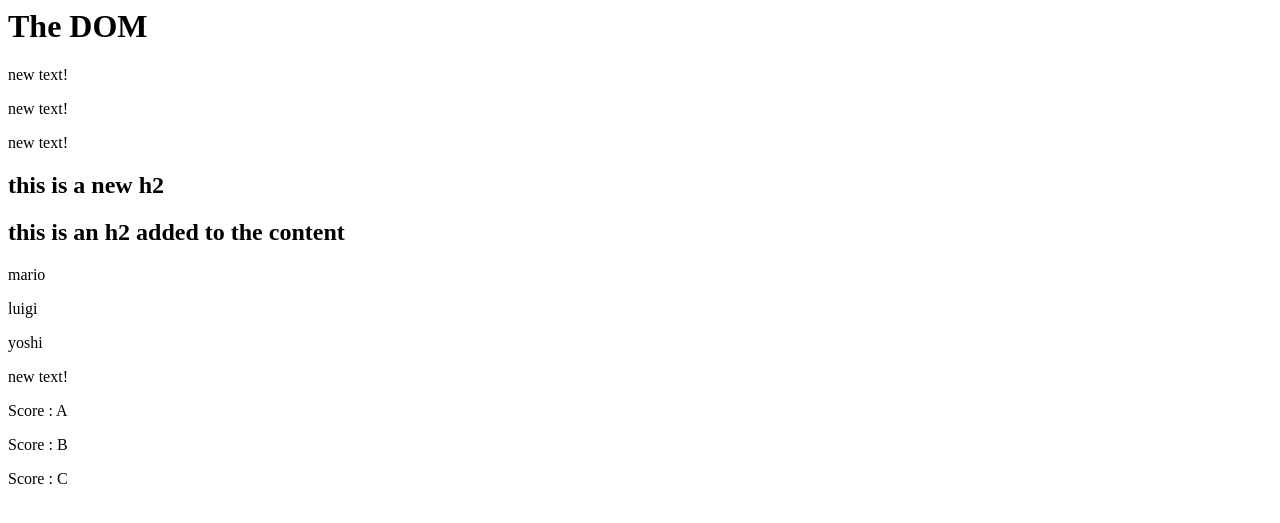
Repository: Rizwanelx/JavaScript
Page: DOM/Adding&Changing_Page_Content/index.html
An editor plug-in stored every save of this project. The page is shown before and after the next save, followed by the edit.
The browser window is 1280 px wide. The pictures show the whole page.

Above is the page before, as saved 2019-11-03 17:07:19.

### DOM/Adding&Changing_Page_Content/index.html
<html lang="en">

<head>
    <meta charset="UTF-8">
    <meta name="viewport" content="width=device-width, initial-scale=1.0">
    <meta http-equiv="X-UA-Compatible" content="ie=edge">
    <title>Adding & Changing page content</title>
</head>

<body>

    <h1 id="page-title">The DOM</h1>

    <div>
        <p>hello, world</p>
        <p>lorem ipsum</p>
        <p>this is an error message</p>
    </div>

    <div class="content">
        <p>This is the Content</p>
    </div>
    <div class="result">
        <p>This is the Result</p>
    </div>
    <script src="sandbox.js"></script>

</body>

</html>

### DOM/Adding&Changing_Page_Content/sandbox.js
const para = document.querySelector('p');

console.log(para.innerText);
// Adding new text
para.innerText += ' ninjas are awesome';
//  Replacing new text
para.innerText = 'ninjas are awesome';

//Selecting all p element

const paras = document.querySelectorAll('p');
//Sohwing all p element by forEacH Method
paras.forEach(p => {
    console.log(p.innerText);
    p.innerText = 'new text!';
});

const content = document.querySelector('.content');
// Reading html element
console.log(content.innerHTML);
// Replacing new html element on the place of older element
content.innerHTML = '<h2>this is a new h2</h2>';
// Adding new content in the place of older element

content.innerHTML += '<h2>this is an h2 added to the content</h2>';

const people = ['mario', 'luigi', 'yoshi'];
// Showing content  of array  element

people.forEach(person => {
    content.innerHTML += `<p>${person}</p>`;
});
const result = document.querySelector('.result')
const scores = ['A', 'B', 'C'];

scores.forEach(score => {
    result.innerHTML += ` <p>Score :  ${score} </p>`
})

After the next save:
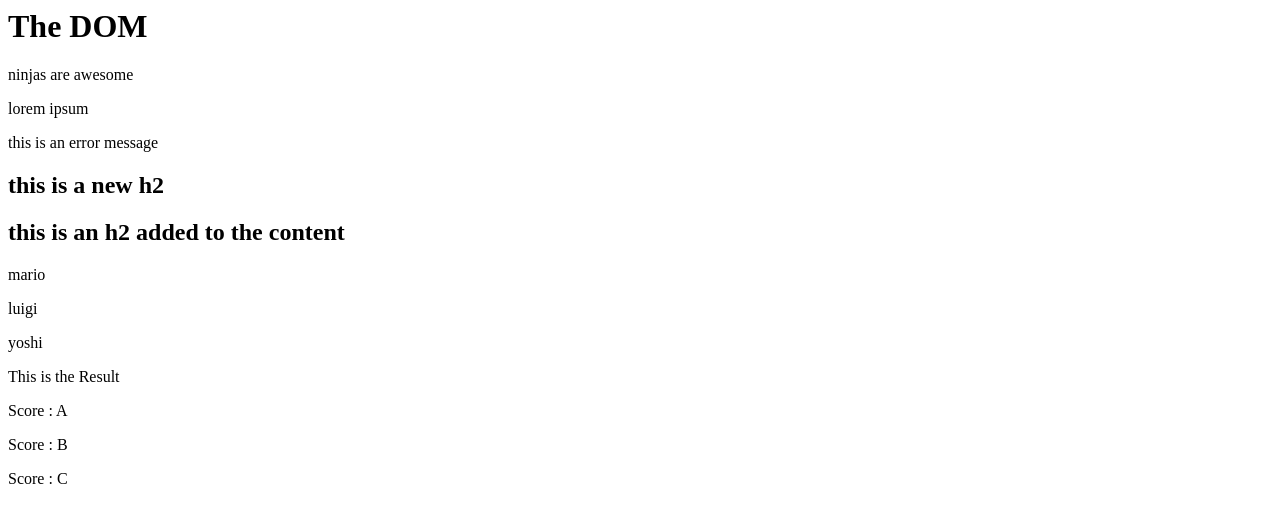
Saved 39 s later.
--- a/DOM/Adding&Changing_Page_Content/sandbox.js
+++ b/DOM/Adding&Changing_Page_Content/sandbox.js
@@ -8,12 +8,12 @@ para.innerText = 'ninjas are awesome';
 
 //Selecting all p element
 
-const paras = document.querySelectorAll('p');
-//Sohwing all p element by forEacH Method
-paras.forEach(p => {
-    console.log(p.innerText);
-    p.innerText = 'new text!';
-});
+// const paras = document.querySelectorAll('p');
+// //Sohwing all p element by forEacH Method
+// paras.forEach(p => {
+//     console.log(p.innerText);
+//     p.innerText = 'new text!';
+// });
 
 const content = document.querySelector('.content');
 // Reading html element
